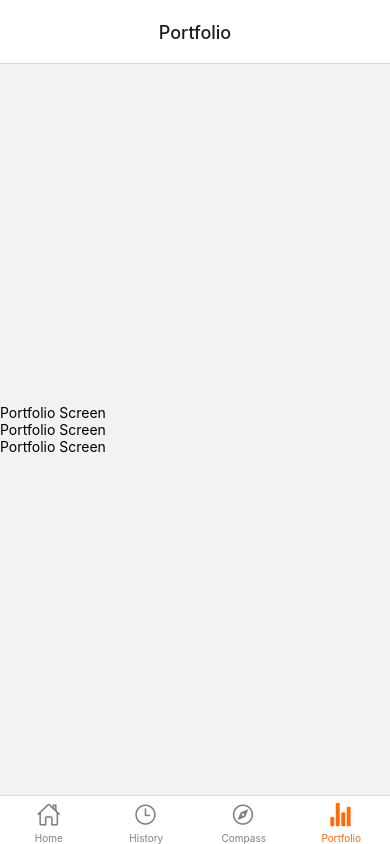
Repository: duongnoob23/WIND_SPEED_IOT
Screen: /Portfolio
The author's editor kept a copy of each file at every save. The screen is drawn from the files as they stood at one save, then again after the next save.
The app was drawn by React Native's web renderer in a window 390 px wide. The project was rebuilt for these pictures with package versions that can differ from the ones it lists, and the page was loaded fresh each time. Also part of the build but not shown: src/page/screens/HomeScreen.js, src/page/screens/ExpensesScreen.js.

Above is the screen before, as saved 2025-03-11 14:32:43.

After the next save:
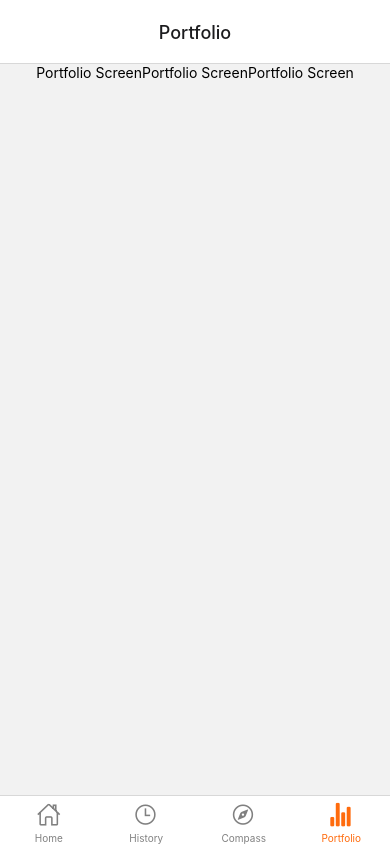
Saved 5 s later.
--- a/src/page/screens/PortfolioScreen.js
+++ b/src/page/screens/PortfolioScreen.js
@@ -17,7 +17,7 @@
     justifyContent: "center",
     // alignItems: "center",
     display: "flex",
-    flexDirection: "column",
+    flexDirection: "row",
   },
   box1: {
     // width: "100%",

After the save that followed:
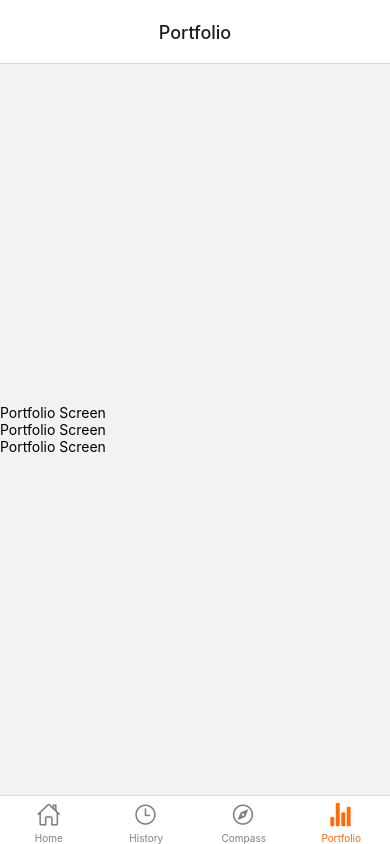
Saved 10 s later.
--- a/src/page/screens/PortfolioScreen.js
+++ b/src/page/screens/PortfolioScreen.js
@@ -17,7 +17,7 @@
     justifyContent: "center",
     // alignItems: "center",
     display: "flex",
-    flexDirection: "row",
+    flexDirection: "column",
   },
   box1: {
     // width: "100%",
